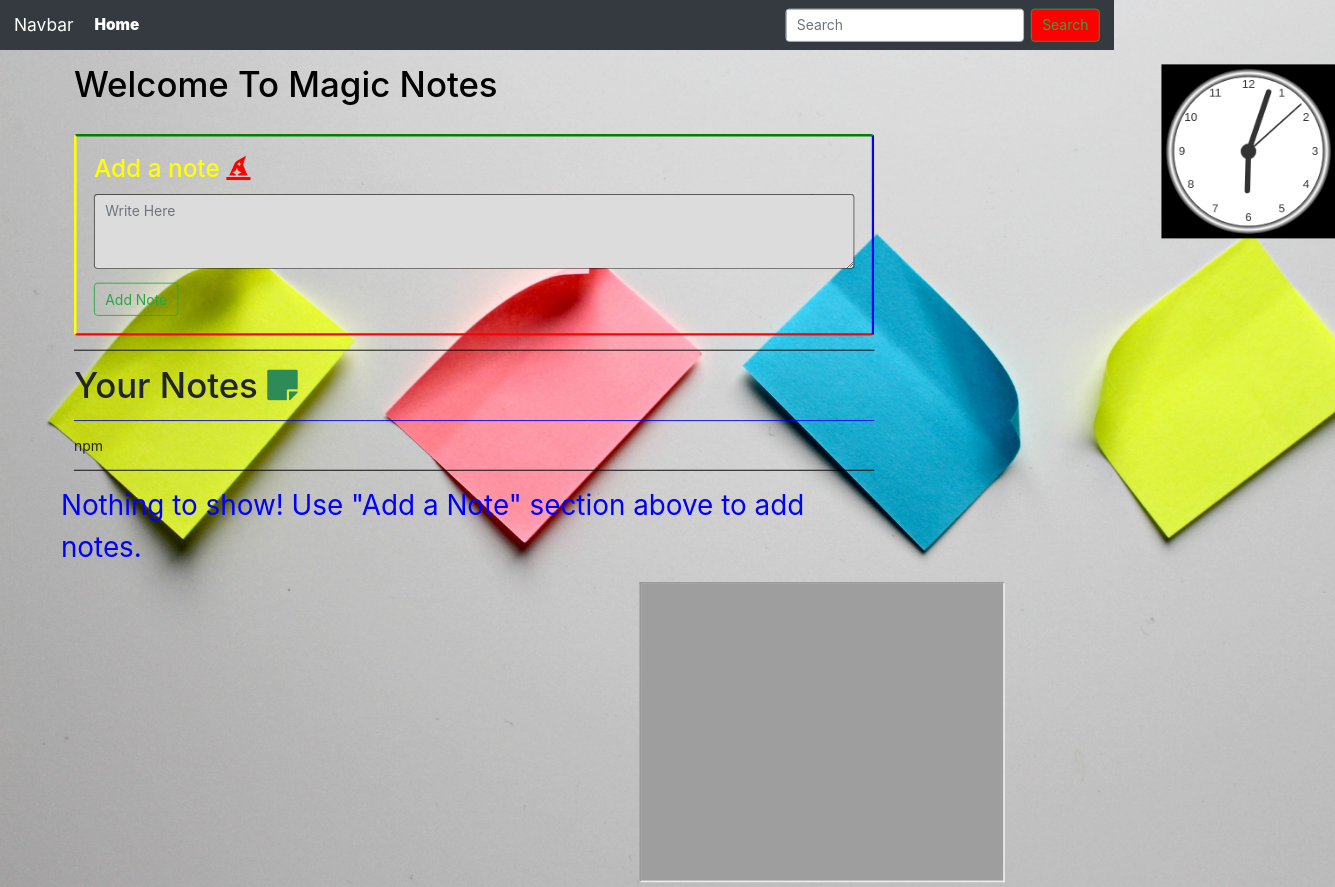
Repository: Prrajainn/Project-MagiCNotes
Page: magicNotes.html
These files come from the project's save history. The page is drawn as it stood at one moment and after the next save; the edit follows.
The browser window is 1280 px wide. The page is 1535 px wide, so the pictures cover 1535 px, including what lies to the right of the window. The pictures show the whole page, at 87% of full size.
Pictures or frames that could not be fetched are drawn as grey boxes.

Above is the page before, as saved 2020-08-11 21:07:15.

### magicNotes.html
<!doctype html>
<html lang="en">

<head>

  <!-- Required meta tags -->
  <meta charset="utf-8">
  <meta name="viewport" content="width=device-width, initial-scale=1, shrink-to-fit=no">

  <!-- Bootstrap CSS -->
  <link rel="stylesheet" href="bootstrap/css/bootstrap.min.css">
  <link rel="stylesheet" href="fontawesome-free-5.13.0-web/css/all.css">
  <link rel="stylesheet" href="CSS/style.css">

  <title> MagiCNotes </title>
  <style>
    canvas {}

    body {
      background-image: url("notes.jpg");

      background-repeat: no-repeat;
      background-size: cover;

    }
  </style>
</head>

<body>

  <nav class="sticky-top navbar navbar-expand-lg navbar-dark bg-dark">
    <a class="navbar-brand" href="magicNotes.html">Navbar</a>
    <button class="navbar-toggler" type="button" data-toggle="collapse" data-target="#navbarSupportedContent"
      aria-controls="navbarSupportedContent" aria-expanded="false" aria-label="Toggle navigation">
      <span class="navbar-toggler-icon"></span>
    </button>

    <div class="collapse navbar-collapse" id="navbarSupportedContent">
      <ul class="navbar-nav mr-auto">
        <li class="nav-item active">
          <a class="nav-link" href="login.html">Home <span class="sr-only">(current)</span></a>
        </li>

      </ul>
      <form class="form-inline my-2 my-lg-0">
        <input class="form-control mr-sm-2" id="searchTxt" type="search" placeholder="Search" aria-label="Search">
        <button style="background-color: red;" class="btn btn-outline-success my-2 my-sm-0"
          type="submit">Search</button>
      </form>
    </div>
  </nav>
  <div class="container my-3">
    <div class="row">
      <div class="col-10">
        <h1 style="color: black">Welcome To Magic Notes</h1>
        <br>
        <div style="border: solid ; background-color: transparent ; border-color:green blue red yellow " class="card">
          <div class="card-body">
            <h3 style="color:yellow;" class="card-title">Add a note <i style="color: red ;"
                class="fas fa-hat-wizard"></i></h3>
            <div class="form-group">
              <!---- <textarea style=" border-color: black; " class="form-control" id="addTitle" rows="1"></textarea>-->
              <textarea placeholder="Write Here"
                style=" border-color: rgba(0, 0, 0, 0.589); background-color: gainsboro; " class="form-control"
                id="addTxt" rows="3"></textarea>
            </div>
            <button class="btn btn-outline-success" id="addBtn">Add Note </button>
          </div>
        </div>
        <hr color="black">
        <h1>Your Notes <i style="color: seagreen;" class="fas fa-sticky-note"></i></h1>
        <hr color="blue">npm
        <hr color="black">
        <div id="notes" class="row container-fluid"></div>
      </div>
      <div class="col-2">
        <canvas id="canvas" width="200" height="200" style="background-color: black; margin-left: 300px;"
    >
      </div>
    </div>
  </div>

    <div class="container" style="position: relative;">
      <div class="row">
        <div class="col-7">
        </div>
        <div>
          <iframe width="420" height="345" src="https://www.youtube.com/embed/tgbNymZ7vqY">
          </iframe>
        </div>
      </div>
    </div>



    <!-- Optional JavaScript -->
    <!-- jQuery first, then Popper.js, then Bootstrap JS -->
    <script src="bootstrap/js/jquery-3.4.1.slim.min.js"></script>
    <script src="bootstrap/js/popper.min.js"></script>
    <script src="bootstrap/js/bootstrap.min.js"></script>
    <script src="app.js"></script>
    <script src="clock.js"></script>
</body>

</html>

### CSS/style.css
#topheader{
    background-color : blue;
    border-bottom: px solid black;
}
#nocolo{
    color: black;
}
.container-fluid{
    padding-left: 0%;
    padding-right: 0%;
}
nav ul li a{

    font-size: 1.1rem;
    font-weight: 1000 ;
}
/*START OF FOOTER*/
.full-footer{
    background-color:#1e3799;
    width: 100%;
}
.top-footer p{
    color: white;
}
.top-footer a{
 font-weight: 600;
    color: whitesmoke;
}
.top-footer h3{
    color: white;
}
.bottom-footer{
    background-color:teal;
}
.bottom-footer p{
    color: white;
}
/* End of footer*/
.myimage{
    width: 50%;
}
.top-hero{
    background-color: salmon;
}
.sea{
  animation-fill-mode: both;
}

### app.js

console.log("Welcome to notes app. This is app.js");
// Pehle hi show notes islie kiya taaki hamesha pehle dikhaye refresh hone ke baad bhi page
showNotes();

// If user adds a note, add it to the localStorage
let addBtn = document.getElementById("addBtn");
addBtn.addEventListener("click", function(e) {

  let addTxt = document.getElementById("addTxt");
  let notes = localStorage.getItem("notes");
  if (notes == null) {
    notesObj = [];
  } else {
    notesObj = JSON.parse(notes);
  }
  notesObj.push(addTxt.value);
  localStorage.setItem("notes", JSON.stringify(notesObj));
  addTxt.value = "";
//   console.log(notesObj);
  showNotes();
});

// Function to show elements from localStorage
function showNotes() {
  let notes = localStorage.getItem("notes");
  if (notes == null) {
    notesObj = [];
  } else {
    notesObj = JSON.parse(notes);
  }
  let html = "";
  notesObj.forEach(function(element, index) { // element maane andar ka content
    html += `
            <div class="noteCard my-2 mx-2 card" style="width: 18rem;">
                    <div class="card-body">
                        <h5 class="card-title">Note ${index + 1}</h5>
                        <p class="card-text"> ${element}</p>
                        <button id="${index}"onclick="deleteNote(this.id)" class="btn btn-primary">Delete Note</button>
                    </div>
                </div>`;
  });
  let notesElm = document.getElementById("notes");
  if (notesObj.length != 0) {
    notesElm.innerHTML = html;
  } else {//notesElm.setAttribute('style','color: blue' );
  notesElm.setAttribute('style','font-size: 200% ; color: blue' );
    notesElm.innerHTML = `  Nothing to show! Use "Add a Note" section above to add notes.`;
  }
}

// Function to delete a note
function deleteNote(index) {
//   console.log("I am deleting", index);

  let notes = localStorage.getItem("notes");
  if (notes == null) {
    notesObj = [];
  } else {
    notesObj = JSON.parse(notes);
  }

  notesObj.splice(index, 1);
  localStorage.setItem("notes", JSON.stringify(notesObj)); // update kar rhe hein
  showNotes();// firse show kar rhe hein
}


let search = document.getElementById('searchTxt');
search.addEventListener("input", function(){

    let inputVal = search.value.toLowerCase();
    // console.log('Input event fired!', inputVal);
    let noteCards = document.getElementsByClassName('noteCard');
    Array.from(noteCards).forEach(function(element){
        let cardTxt = element.getElementsByTagName("p")[0].innerText;
        if(cardTxt.includes(inputVal)){
            element.style.display = "block";
        }
        else{
            element.style.display = "none";
        }
        // console.log(cardTxt);
    })
})

/*
Further Features:
1. Add Title
2. Mark a note as Important
3. Separate notes by user
4. Sync and host to web server
*/

### clock.js
var canvas = document.getElementById("canvas");
var ctx = canvas.getContext("2d");
var radius = canvas.height / 2;
ctx.translate(radius, radius);
radius = radius * 0.90
setInterval(drawClock, 1000);

function drawClock() {
  drawFace(ctx, radius);
  drawNumbers(ctx, radius);
  drawTime(ctx, radius);
}

function drawFace(ctx, radius) {
  var grad;
  ctx.beginPath();
  ctx.arc(0, 0, radius, 0, 2*Math.PI);
  ctx.fillStyle = 'white';
  ctx.fill();
  grad = ctx.createRadialGradient(0,0,radius*0.95, 0,0,radius*1.05);
  grad.addColorStop(0, '#333');
  grad.addColorStop(0.5, 'white');
  grad.addColorStop(1, '#333');
  ctx.strokeStyle = grad;
  ctx.lineWidth = radius*0.1;
  ctx.stroke();
  ctx.beginPath();
  ctx.arc(0, 0, radius*0.1, 0, 2*Math.PI);
  ctx.fillStyle = '#333';
  ctx.fill();
}

function drawNumbers(ctx, radius) {
  var ang;
  var num;
  ctx.font = radius*0.15 + "px arial";
  ctx.textBaseline="middle";
  ctx.textAlign="center";
  for(num = 1; num < 13; num++){
    ang = num * Math.PI / 6;
    ctx.rotate(ang);
    ctx.translate(0, -radius*0.85);
    ctx.rotate(-ang);
    ctx.fillText(num.toString(), 0, 0);
    ctx.rotate(ang);
    ctx.translate(0, radius*0.85);
    ctx.rotate(-ang);
  }
}

function drawTime(ctx, radius){
    var now = new Date();
    var hour = now.getHours();
    var minute = now.getMinutes();
    var second = now.getSeconds();
    //hour
    hour=hour%12;
    hour=(hour*Math.PI/6)+
    (minute*Math.PI/(6*60))+
    (second*Math.PI/(360*60));
    drawHand(ctx, hour, radius*0.5, radius*0.07);
    //minute
    minute=(minute*Math.PI/30)+(second*Math.PI/(30*60));
    drawHand(ctx, minute, radius*0.8, radius*0.07);
    // second
    second=(second*Math.PI/30);
    drawHand(ctx, second, radius*0.9, radius*0.02);
}

function drawHand(ctx, pos, length, width) {
    ctx.beginPath();
    ctx.lineWidth = width;
    ctx.lineCap = "round";
    ctx.moveTo(0,0);
    ctx.rotate(pos);
    ctx.lineTo(0, -length);
    ctx.stroke();
    ctx.rotate(-pos);
}

Loaded but not shown: bootstrap/css/bootstrap.min.css (library); fontawesome-free-5.13.0-web/css/all.css (library); bootstrap/js/jquery-3.4.1.slim.min.js (library); bootstrap/js/popper.min.js (library); bootstrap/js/bootstrap.min.js (library)

After the next save:
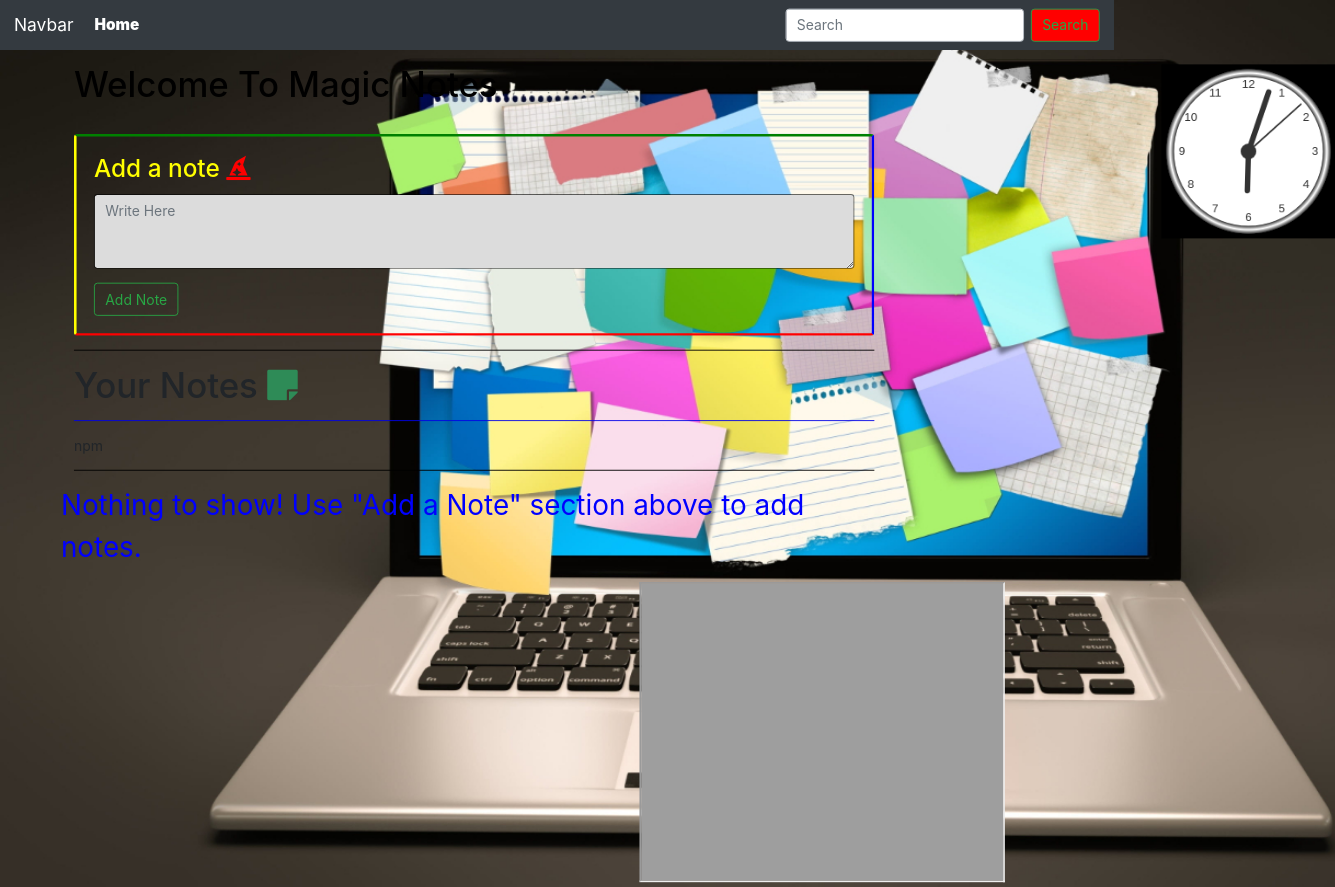
Saved 29 s later.
--- a/magicNotes.html
+++ b/magicNotes.html
@@ -17,7 +17,7 @@
     canvas {}
 
     body {
-      background-image: url("notes.jpg");
+      background-image: url("notes2.jpg");
 
       background-repeat: no-repeat;
       background-size: cover;
